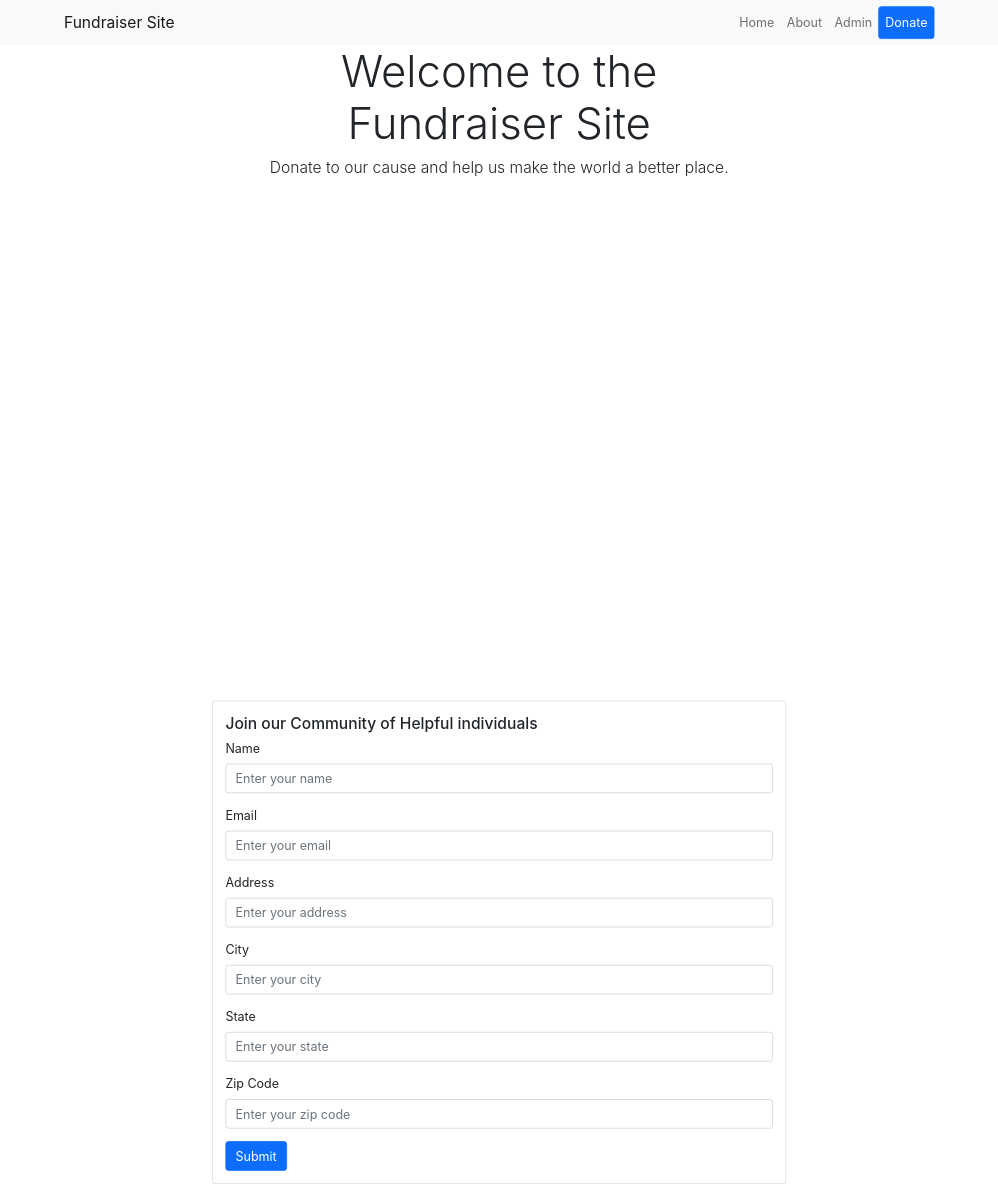
Repository: DragonFruit8/Fundraiser-Page
Page: /
These files come from the project's save history. The page is drawn as it stood at one moment and after the next save; the edit follows.
The browser window is 1280 px wide. The pictures show the whole page, at 78% of full size.
The project was rebuilt for these pictures with package versions that can differ from the ones it lists, and the page was loaded fresh each time. Also part of the build but not shown: src/pages/About.js, src/pages/Donate.js, src/pages/Admin.js.

Above is the page before, as saved 2024-07-19 12:43:05.

### public/index.html
<!DOCTYPE html>
<html lang="en">
  <head>
    <meta charset="utf-8" />
    <link rel="icon" href="%PUBLIC_URL%/favicon.ico" />
    <meta name="viewport" content="width=device-width, initial-scale=1" />
    <meta name="theme-color" content="#000000" />
    <meta
      name="description"
      content="Web site created using create-react-app"
    />
    <link rel="apple-touch-icon" href="%PUBLIC_URL%/logo192.png" />
    <link
      href="https://cdn.jsdelivr.net/npm/bootstrap@5.0.2/dist/css/bootstrap.min.css"
      rel="stylesheet"
      integrity="sha384-EVSTQN3/azprG1Anm3QDgpJLIm9Nao0Yz1ztcQTwFspd3yD65VohhpuuCOmLASjC"
      crossorigin="anonymous"
    />
    <!--
      manifest.json provides metadata used when your web app is installed on a
      user's mobile device or desktop. See https://developers.google.com/web/fundamentals/web-app-manifest/
    -->
    <link rel="manifest" href="%PUBLIC_URL%/manifest.json" />
    <!--
      Notice the use of %PUBLIC_URL% in the tags above.
      It will be replaced with the URL of the `public` folder during the build.
      Only files inside the `public` folder can be referenced from the HTML.

      Unlike "/favicon.ico" or "favicon.ico", "%PUBLIC_URL%/favicon.ico" will
      work correctly both with client-side routing and a non-root public URL.
      Learn how to configure a non-root public URL by running `npm run build`.
    -->
    <title>React App</title>
  </head>
  <body>
    <noscript>You need to enable JavaScript to run this app.</noscript>
    <div id="root"></div>
    <!--
      This HTML file is a template.
      If you open it directly in the browser, you will see an empty page.

      You can add webfonts, meta tags, or analytics to this file.
      The build step will place the bundled scripts into the <body> tag.

      To begin the development, run `npm start` or `yarn start`.
      To create a production bundle, use `npm run build` or `yarn build`.
    -->
    <script
      src="https://cdn.jsdelivr.net/npm/bootstrap@5.0.2/dist/js/bootstrap.bundle.min.js"
      integrity="sha384-MrcW6ZMFYlzcLA8Nl+NtUVF0sA7MsXsP1UyJoMp4YLEuNSfAP+JcXn/tWtIaxVXM"
      crossorigin="anonymous"
    ></script>
    <script
      src="https://cdn.jsdelivr.net/npm/@popperjs/core@2.9.2/dist/umd/popper.min.js"
      integrity="sha384-IQsoLXl5PILFhosVNubq5LC7Qb9DXgDA9i+tQ8Zj3iwWAwPtgFTxbJ8NT4GN1R8p"
      crossorigin="anonymous"
    ></script>
    <script
      src="https://cdn.jsdelivr.net/npm/bootstrap@5.0.2/dist/js/bootstrap.min.js"
      integrity="sha384-cVKIPhGWiC2Al4u+LWgxfKTRIcfu0JTxR+EQDz/bgldoEyl4H0zUF0QKbrJ0EcQF"
      crossorigin="anonymous"
    ></script>
  </body>
</html>

### src/App.js
import React from 'react';
import { BrowserRouter as Router, Route, Routes } from 'react-router-dom';
import Home from './pages/Home';
import About from './pages/About';
import Donate from './pages/Donate';
import Admin from './pages/Admin';
import Navbar from './components/Navbar';

const App = () => {
  return (
    <Router>
      <Navbar />
      <Routes>
        <Route path="/" element={<Home />} />
        <Route path="/about" element={<About />} />
        <Route path="/donate" element={<Donate />} />
        <Route path="/admin" element={<Admin />} />
      </Routes>
    </Router>
  );
};

export default App;

### src/pages/Home.js

import React, { useState } from 'react';


const Home = () => {
    const [residentialInfo, setResidentialInfo] = useState({
        address: '',
        city: '',
        state: '',
        zipCode: ''
    });

    const handleChange = (e) => {
        setResidentialInfo({
            ...residentialInfo,
            [e.target.name]: e.target.value
        });
    };

    const handleSubmit = (e) => {
        e.preventDefault();
        // Send residentialInfo to the association for neighbors
        console.log(residentialInfo);
        // Reset the form
        setResidentialInfo({
            address: '',
            city: '',
            state: '',
            zipCode: ''
        });
    };

    return (
        <section className="container">
            <div className="row justify-content-center">
                <div className="col-md-8">
                    <div className="text-center container h-100 justify-content-center align-items-middle">
                        <h1 className="display-4">Welcome to the Fundraiser Site</h1>
                        <p className="lead">Donate to our cause and help us make the world a better place.</p>
                    </div>
                    <div className="card mt-4">
                        <div className="card-body">
                            <h5 className="card-title">Join our Community of Helpful individuals</h5>
                            <form onSubmit={handleSubmit}>
                                <div className="mb-3">
                                    <label htmlFor="name" className="form-label">Name</label>
                                    <input type="text" className="form-control" id="name" placeholder="Enter your name" />
                                </div>
                                <div className="mb-3">
                                    <label htmlFor="email" className="form-label">Email</label>
                                    <input type="email" className="form-control" id="email" placeholder="Enter your email" />
                                </div>
                                <div className="mb-3">
                                    <label htmlFor="address" className="form-label">Address</label>
                                    <input type="text" className="form-control" id="address" name="address" value={residentialInfo.address} onChange={handleChange} placeholder="Enter your address" />
                                </div>
                                <div className="mb-3">
                                    <label htmlFor="city" className="form-label">City</label>
                                    <input type="text" className="form-control" id="city" name="city" value={residentialInfo.city} onChange={handleChange} placeholder="Enter your city" />
                                </div>
                                <div className="mb-3">
                                    <label htmlFor="state" className="form-label">State</label>
                                    <input type="text" className="form-control" id="state" name="state" value={residentialInfo.state} onChange={handleChange} placeholder="Enter your state" />
                                </div>
                                <div className="mb-3">
                                    <label htmlFor="zipCode" className="form-label">Zip Code</label>
                                    <input type="text" className="form-control" id="zipCode" name="zipCode" value={residentialInfo.zipCode} onChange={handleChange} placeholder="Enter your zip code" />
                                </div>
                                <button type="submit" className="btn btn-primary">Submit</button>
                            </form>
                        </div>
                    </div>
                </div>
            </div>
        </section>
    );
    };


export default Home;

### src/components/Navbar.js
import React from 'react';
import { Link } from 'react-router-dom';

const Navbar = () => {
    return (
        <nav className="navbar navbar-expand-lg navbar-light bg-light">
            <div className="container">
                <Link className="navbar-brand" to="/">Fundraiser Site</Link>
                <button className="navbar-toggler" type="button" data-bs-toggle="collapse" data-bs-target="#navbarNav" aria-controls="navbarNav" aria-expanded="false" aria-label="Toggle navigation">
                    <span className="navbar-toggler-icon"></span>
                </button>
                <div className="collapse navbar-collapse" id="navbarNav">
                    <ul className="navbar-nav ms-auto">
                        <li className="nav-item">
                            <Link className="nav-link" to="/">Home</Link>
                        </li>
                        <li className="nav-item">
                            <Link className="nav-link" to="/about">About</Link>
                        </li>
                        <li className="nav-item">
                            <Link className="nav-link" to="/admin">Admin</Link>
                        </li>
                        <li className="nav-item">
                            <Link className="nav-link btn btn-primary text-white" to="/donate">Donate</Link>
                        </li>
                    </ul>
                </div>
            </div>
        </nav>
    );
}

export default Navbar;

Loaded but not shown: src/index.js (common file); src/index.css (common file)

After the next save:
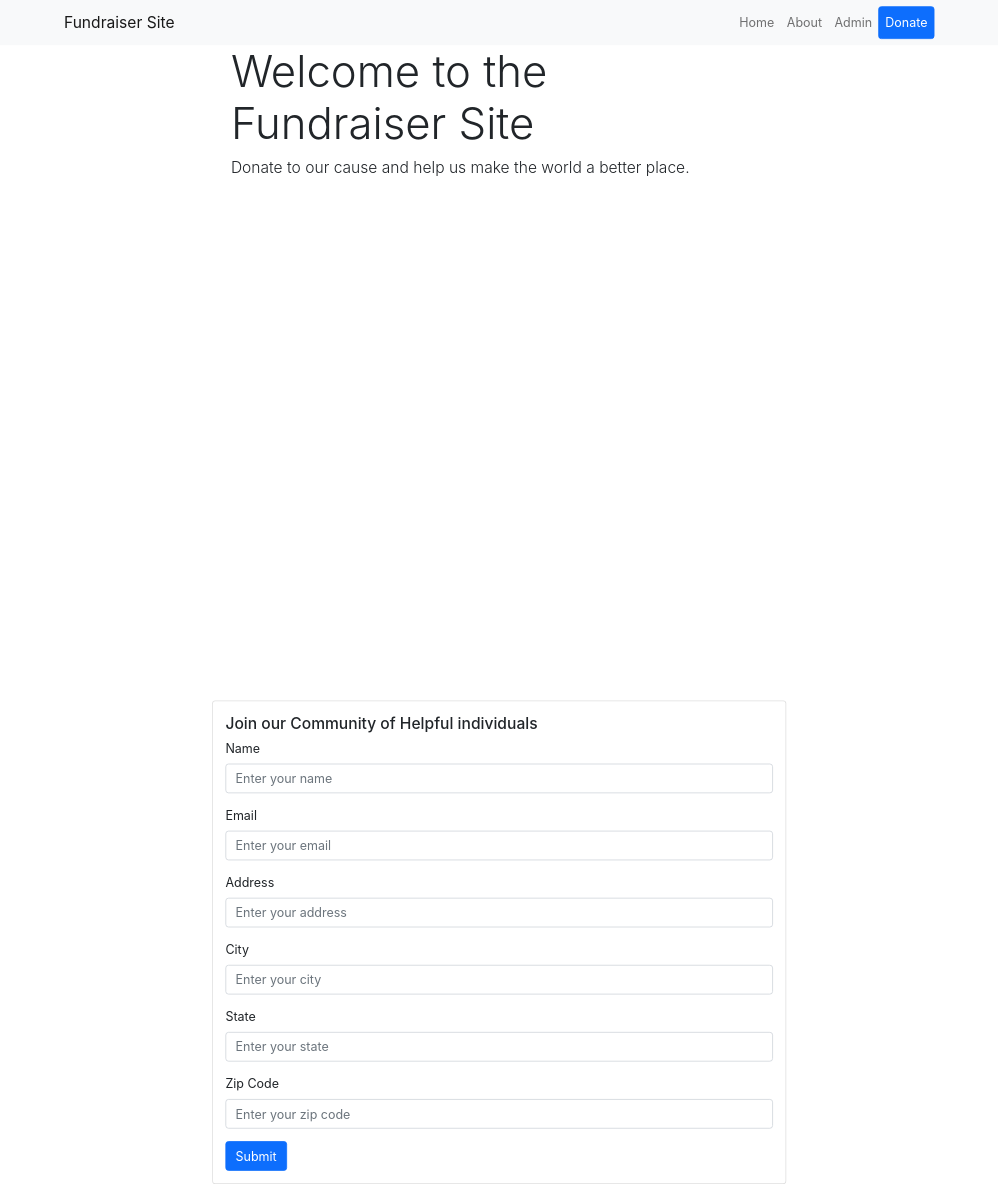
Saved 7 s later.
--- a/src/pages/Home.js
+++ b/src/pages/Home.js
@@ -34,7 +34,7 @@ const Home = () => {
         <section className="container">
             <div className="row justify-content-center">
                 <div className="col-md-8">
-                    <div className="text-center container h-100 justify-content-center align-items-middle">
+                    <div className="container h-100 justify-content-center align-items-middle">
                         <h1 className="display-4">Welcome to the Fundraiser Site</h1>
                         <p className="lead">Donate to our cause and help us make the world a better place.</p>
                     </div>
